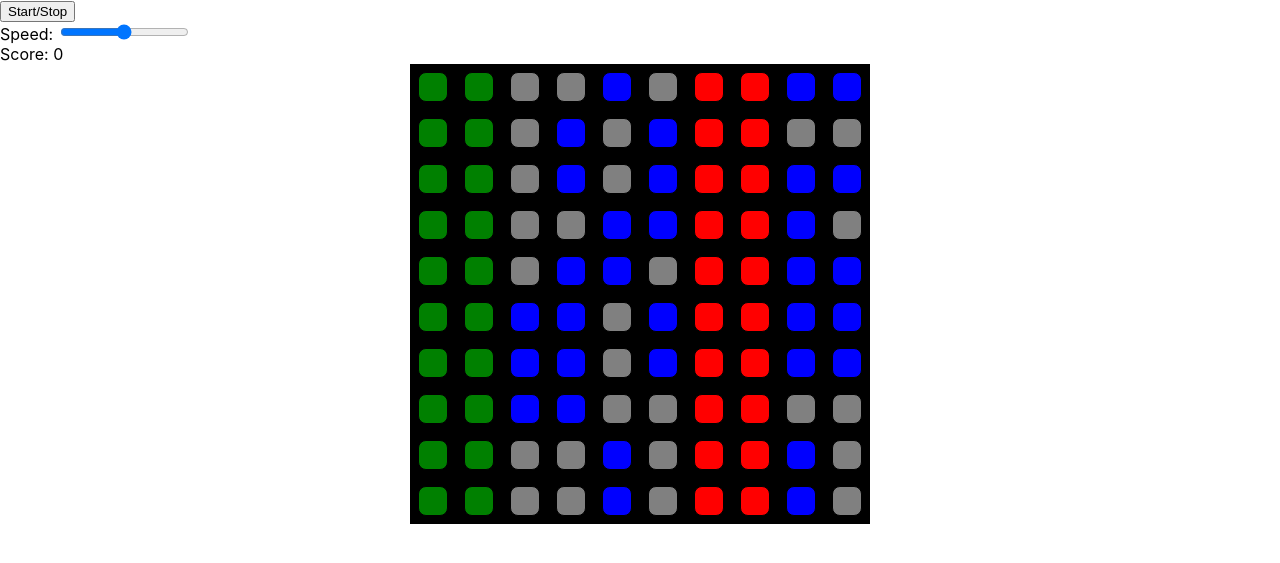
Repository: drumsmanku/grid-game
Page: / (app in client/)
These files come from the project's save history. The page is drawn as it stood at one moment and after the next save; the edit follows.
The browser window is 1280 px wide. The pictures show the whole page.
The project was rebuilt for these pictures with package versions that can differ from the ones it lists, and the page was loaded fresh each time. Also part of the build but not shown: client/src/App.css.

Above is the page before, as saved 2024-03-23 18:26:22.

After the next save:
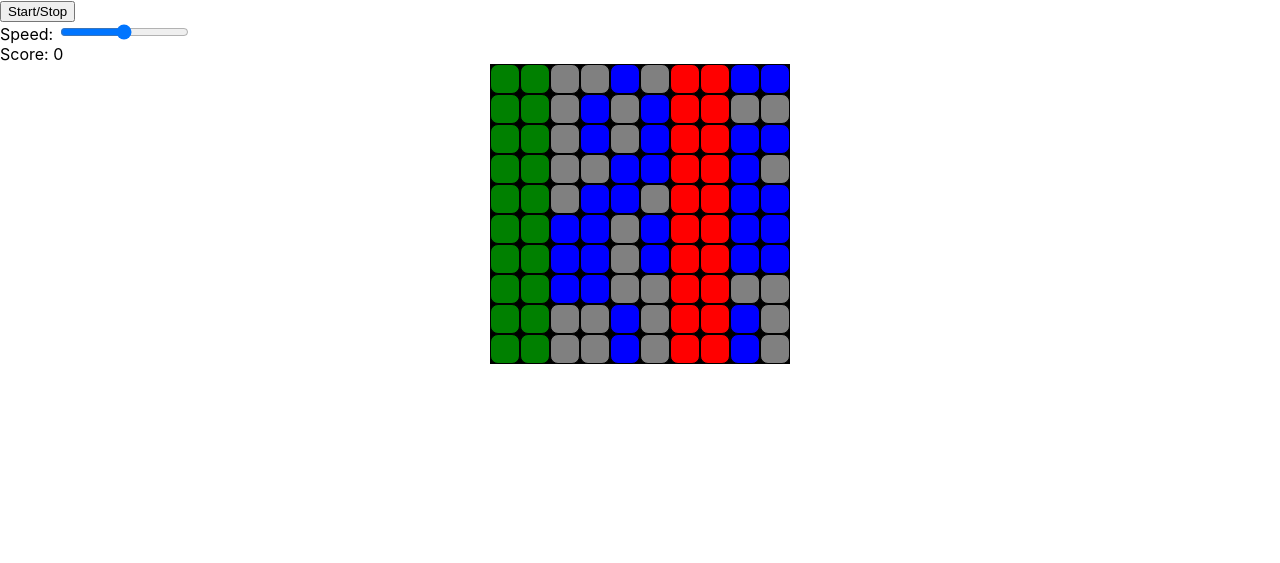
Saved 17 s later.
--- a/client/src/components/Grid.js
+++ b/client/src/components/Grid.js
@@ -102,7 +102,7 @@
                      height: '30px',
                      backgroundColor: col || 'white',
                      borderRadius: '0.5rem',
-                     margin:'0.5rem 0.5rem 0.5rem 0.5rem',
+
                      boxSizing: 'border-box',
                      opacity: col ? 1 : 0.5
                    }}>

After the save that followed:
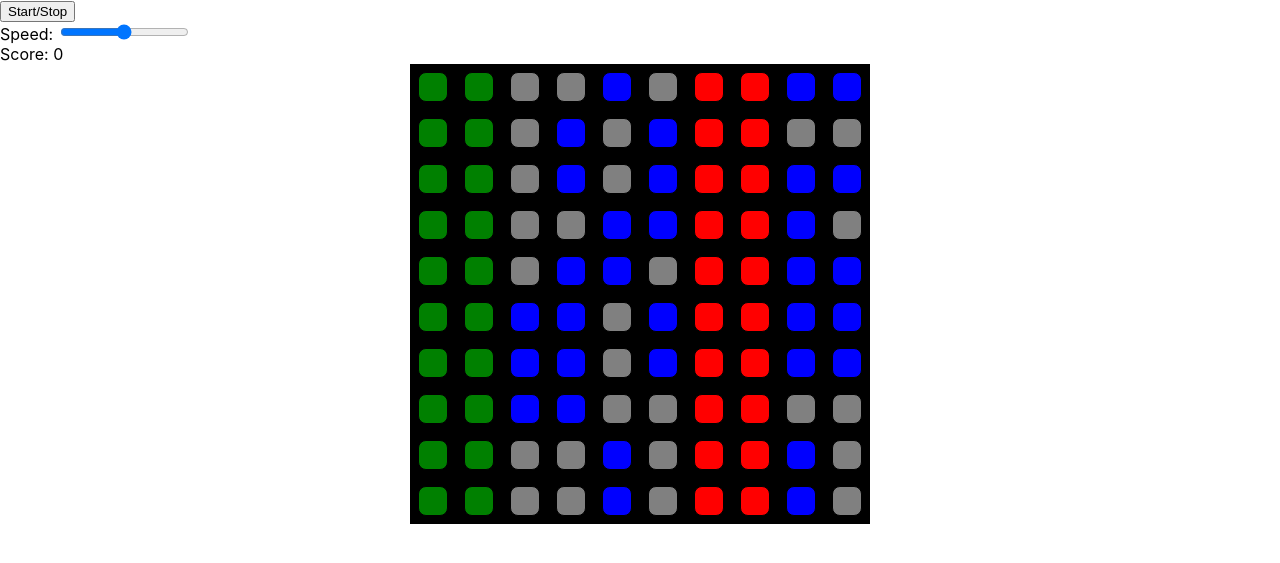
Saved 22 s later.
--- a/client/src/components/Grid.js
+++ b/client/src/components/Grid.js
@@ -102,7 +102,7 @@
                      height: '30px',
                      backgroundColor: col || 'white',
                      borderRadius: '0.5rem',
-
+                     margin:'0.5rem 0.5rem 0.5rem 0.5rem',
                      boxSizing: 'border-box',
                      opacity: col ? 1 : 0.5
                    }}>
